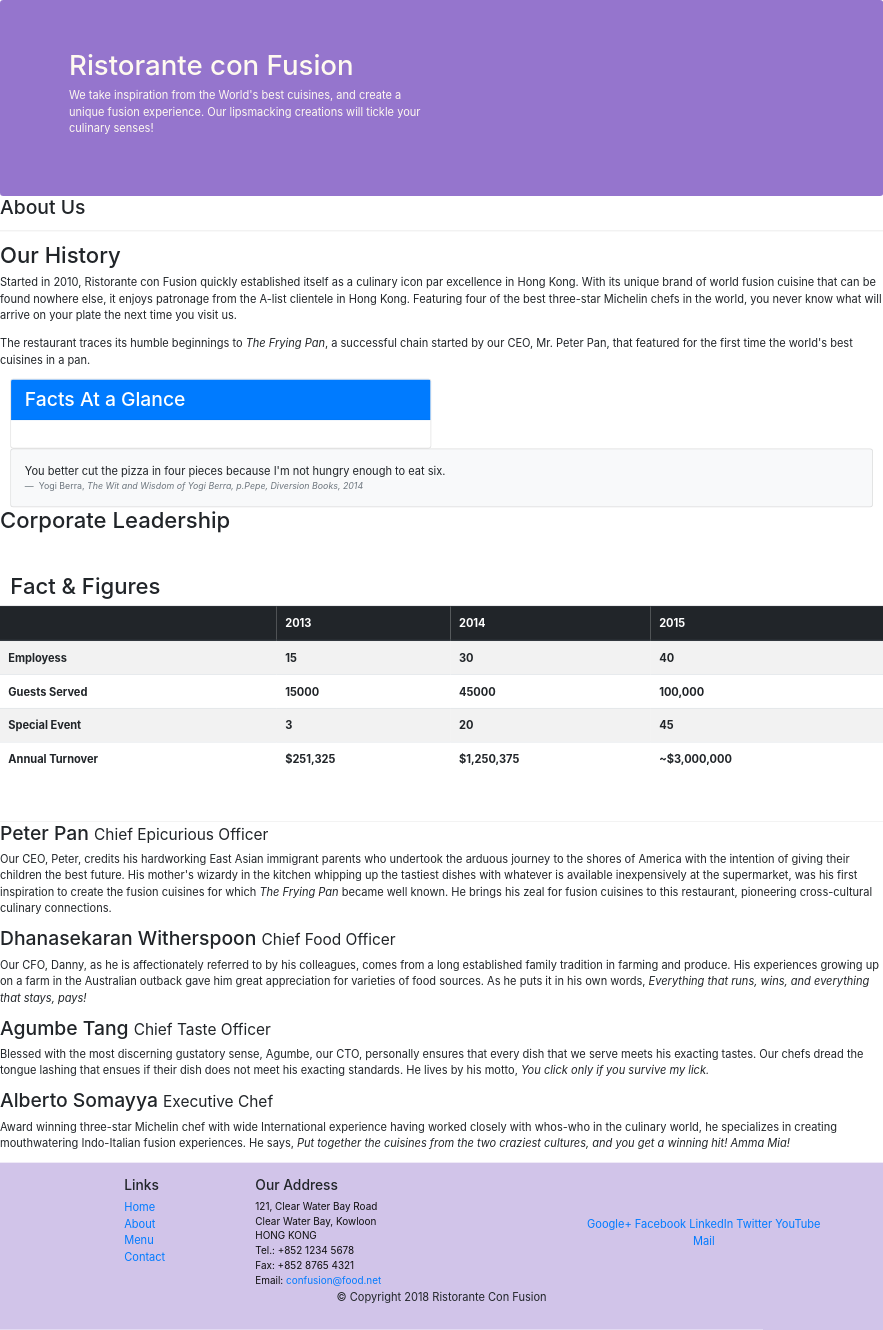
Repository: HwZau/conFusion
Page: aboutus.html
These files come from the project's save history. The page is drawn as it stood at one moment and after the next save; the edit follows.
The browser window is 1280 px wide. The pictures show the whole page, at 69% of full size.

Above is the page before, as saved 2022-05-19 11:05:35.

After the next save:
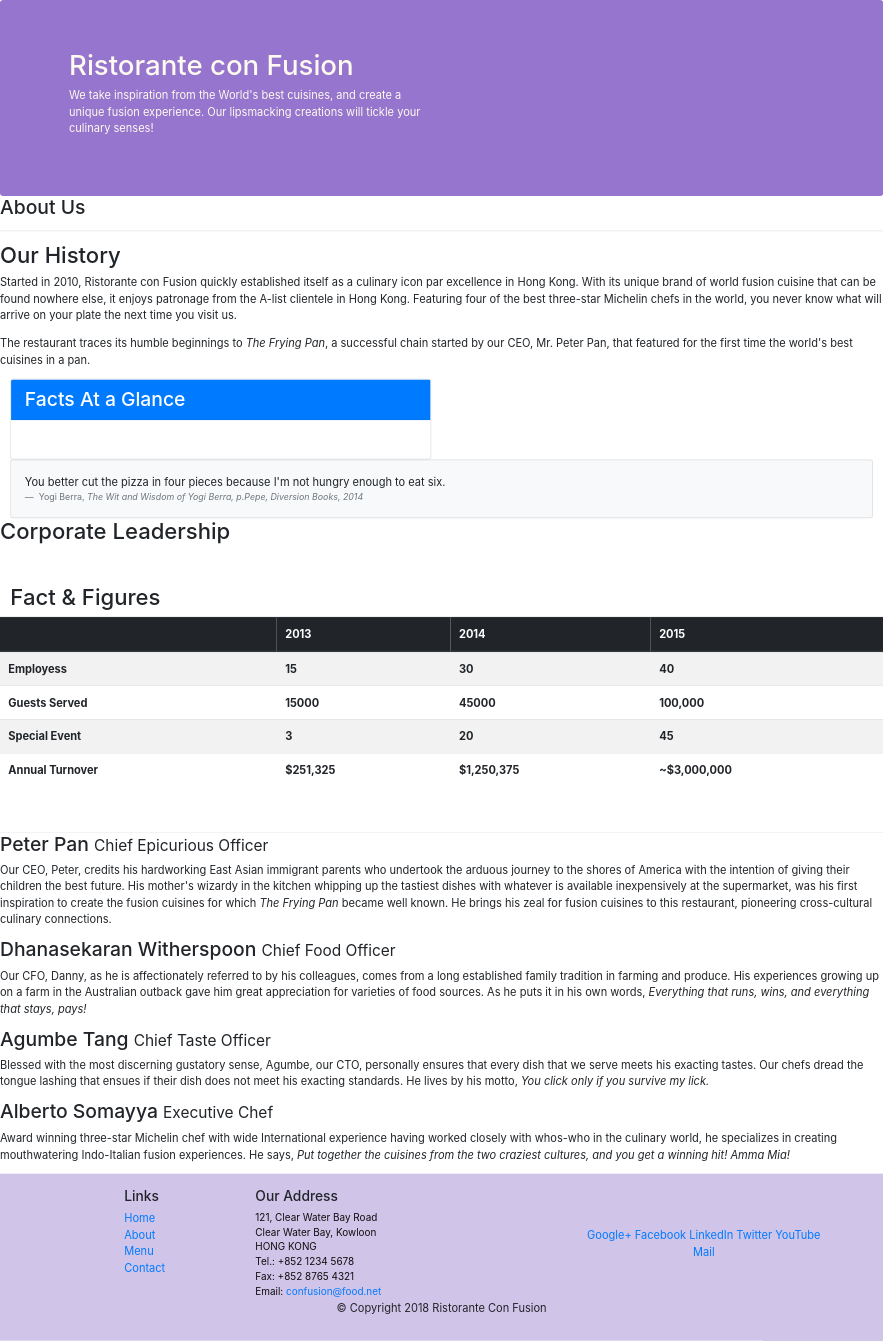
Saved 4 s later.
--- a/aboutus.html
+++ b/aboutus.html
@@ -62,7 +62,9 @@
         <div class="card">
           <h3 class="card-header bg-primary text-white">Facts At a Glance</h3>
           <div class="card-body">
-
+            <dl class="row">
+
+            </dl>
           </div>
         </div>
       </div>
